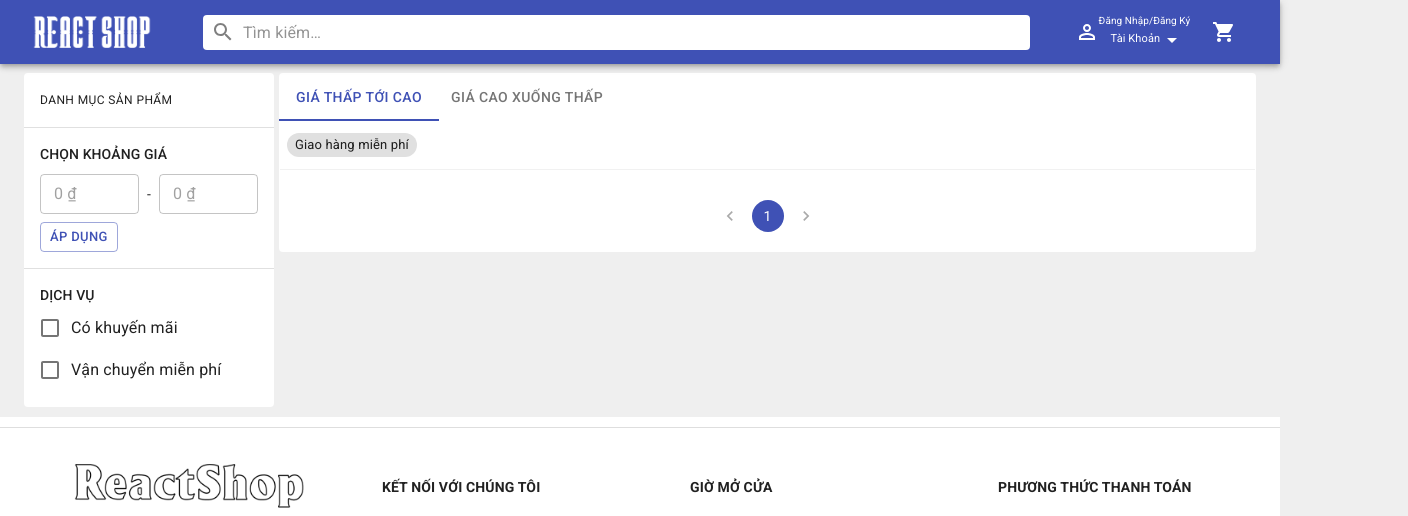
Repository: tvsinh/learn-react
Page: /
These files come from the project's save history. The page is drawn as it stood at one moment and after the next save; the edit follows.
The browser window is 1280 px wide. The page is 1408 px wide, so the pictures cover 1408 px, including what lies to the right of the window. The pictures show the part of the page from y = 0 to 516 px (the page is 2409 px tall before and 2419 px after).
Pictures or frames that could not be fetched are drawn as grey boxes. The page's requests for data from a server got no answer. The project was rebuilt for these pictures with package versions that can differ from the ones it lists, and the page was loaded fresh each time. No one was signed in, and anything a server would have sent is missing. Also part of the build but not shown: src/components/form-controls/InputField/index.jsx, src/features/Todo/components/TodoForm/index.jsx, src/components/form-controls/PasswordField/index.jsx, src/features/Auth/components/LoginForm/index.jsx, src/features/Auth/components/Login/index.jsx, src/features/Auth/components/RegisterForm/index.jsx, src/features/Auth/components/Register/index.jsx, src/features/Cart/components/MiniSuccessCart.jsx and 48 more.

Above is the page before, as saved 2021-08-12 11:38:21.

After the next save:
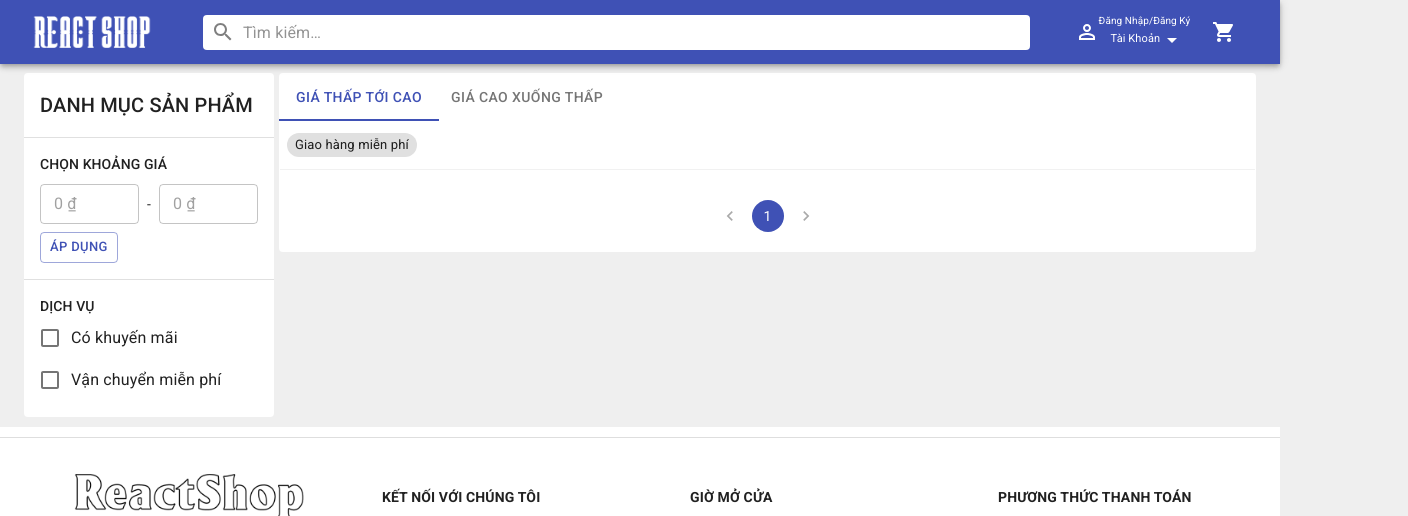
Saved 11 s later.
--- a/src/features/Product/components/Filters/FilterByCategory.jsx
+++ b/src/features/Product/components/Filters/FilterByCategory.jsx
@@ -63,7 +63,7 @@ function FilterByCategory({ onChange }) {
 
   return (
     <Box className={classes.root}>
-      <Typography variant="caption">DANH MỤC SẢN PHẨM</Typography>
+      <Typography variant="h6">DANH MỤC SẢN PHẨM</Typography>
       {loading ? (
         <CategorySkeletonList />
       ) : (
